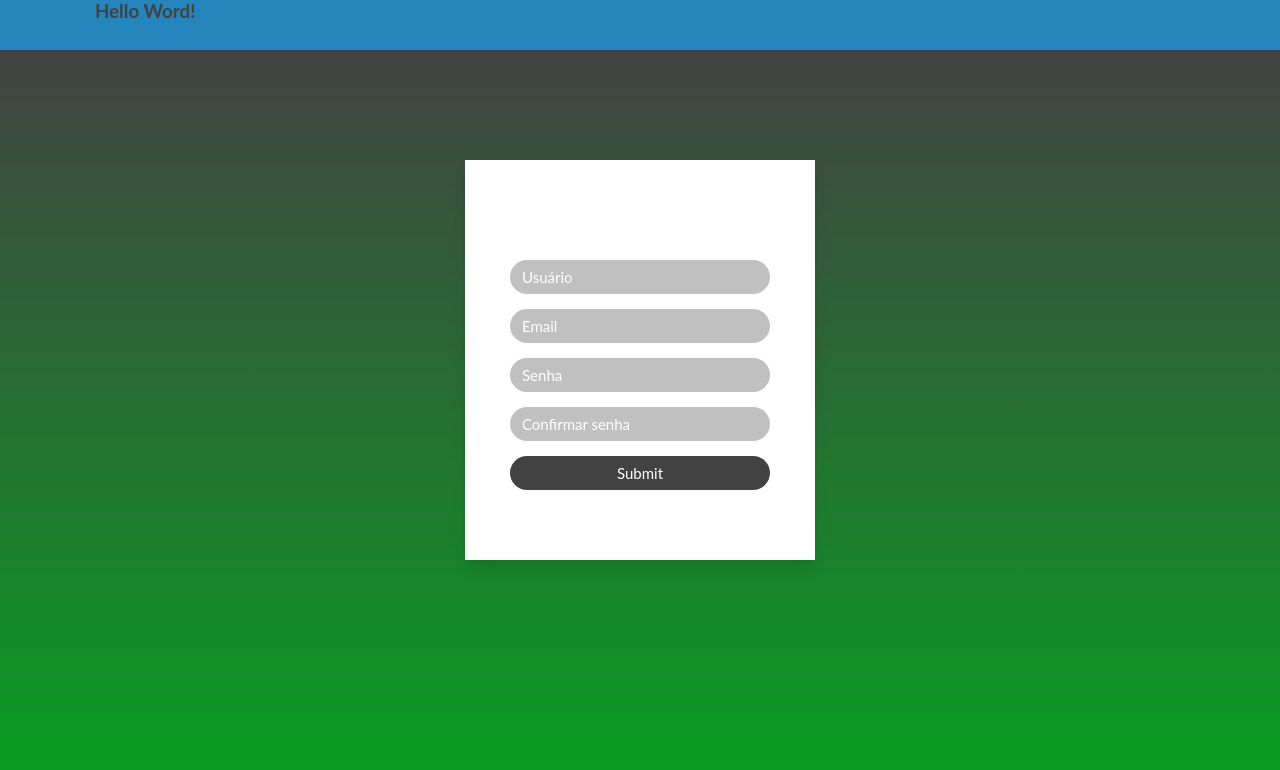
Repository: JoaoNahid/adminSystem
Page: /cadastro (app in client/)
The author's editor kept a copy of each file at every save. The page is drawn from the files as they stood at one save, then again after the next save.
The browser window is 1280 px wide. The pictures show the whole page.
The project was rebuilt for these pictures with package versions that can differ from the ones it lists, and the page was loaded fresh each time. Also part of the build but not shown: client/src/App.css, client/src/routes/login.js, client/src/routes/home.js, client/src/routes/404.js.

Above is the page before, as saved 2022-04-20 20:45:25.

After the next save:
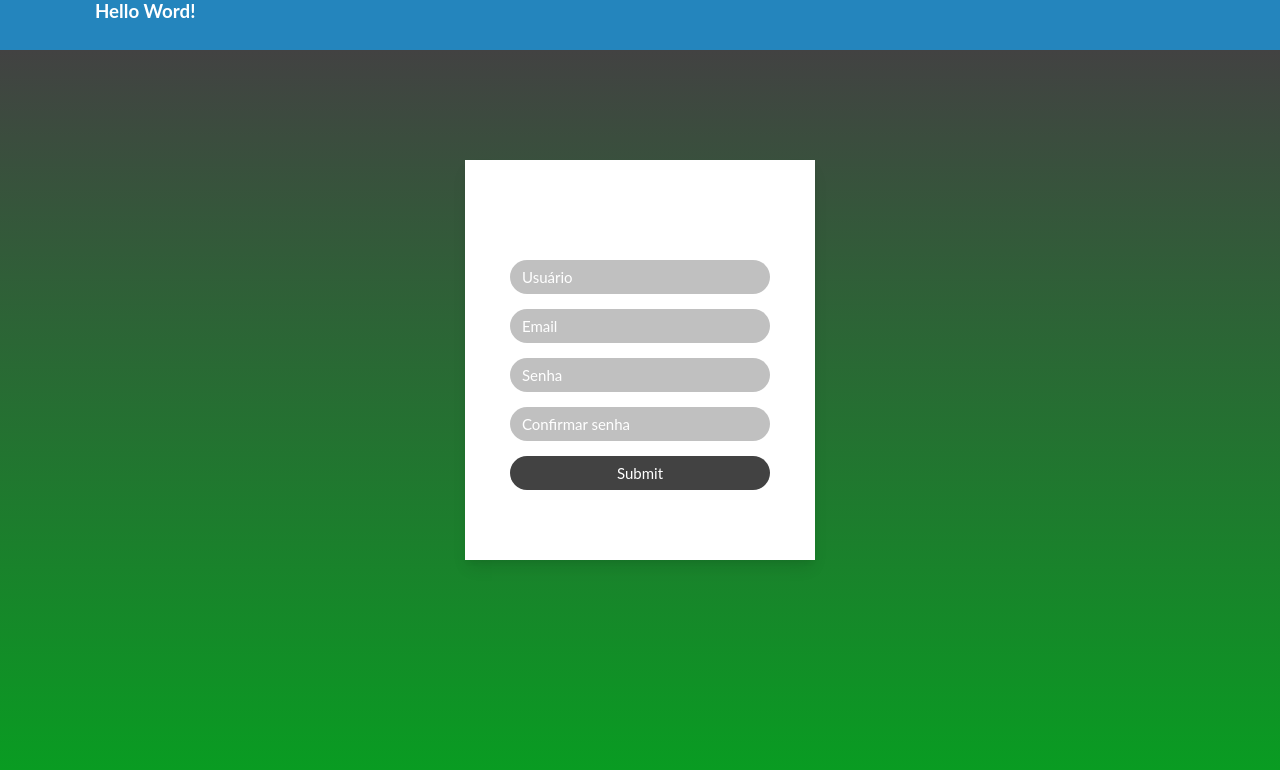
Saved 6 s later.
--- a/client/src/css/style.css
+++ b/client/src/css/style.css
@@ -367,5 +367,5 @@ input:focus{
   height: 50px;
   width: 100%;
   background-color: rgb(36, 133, 189);
-  color: #424242;
-}
+  color: #fff;
+}
